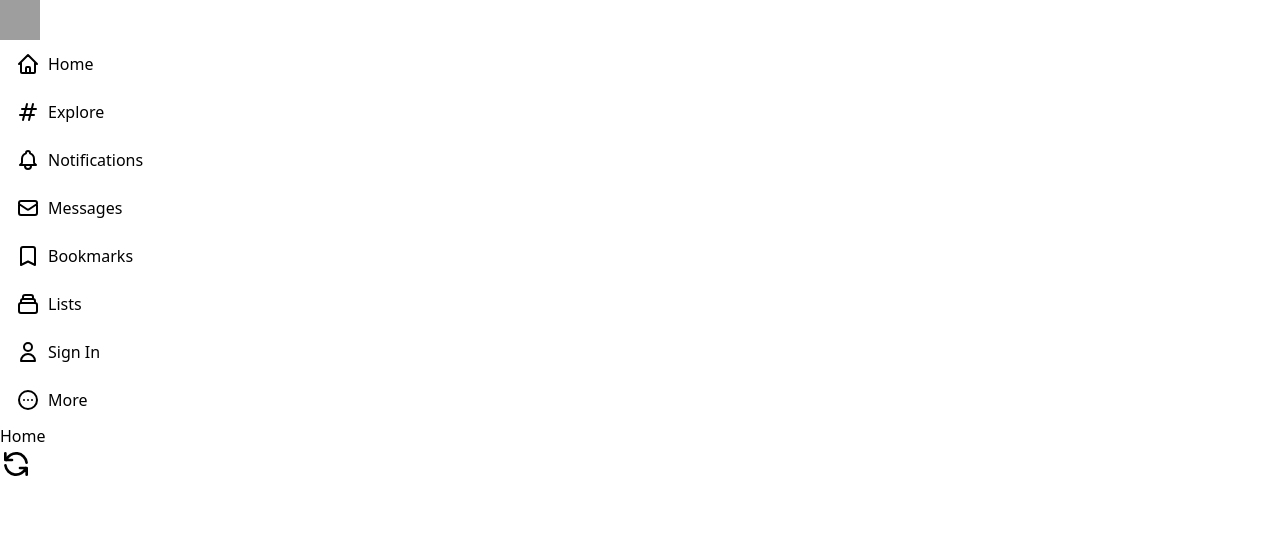
Repository: kushagrasaxena061/Twitter-sanity
Page: /
An editor plug-in stored every save of this project. The page is shown before and after the next save, followed by the edit.
The browser window is 1280 px wide. The pictures show the whole page.
Pictures or frames that could not be fetched are drawn as grey boxes. The project was rebuilt for these pictures with package versions that can differ from the ones it lists, and the page was loaded fresh each time. The framework's server and built-in components were replaced by stand-ins that run in the browser. Also part of the build but not shown: next.config.js.

Above is the page before, as saved 2022-10-18 20:25:33.

After the next save:
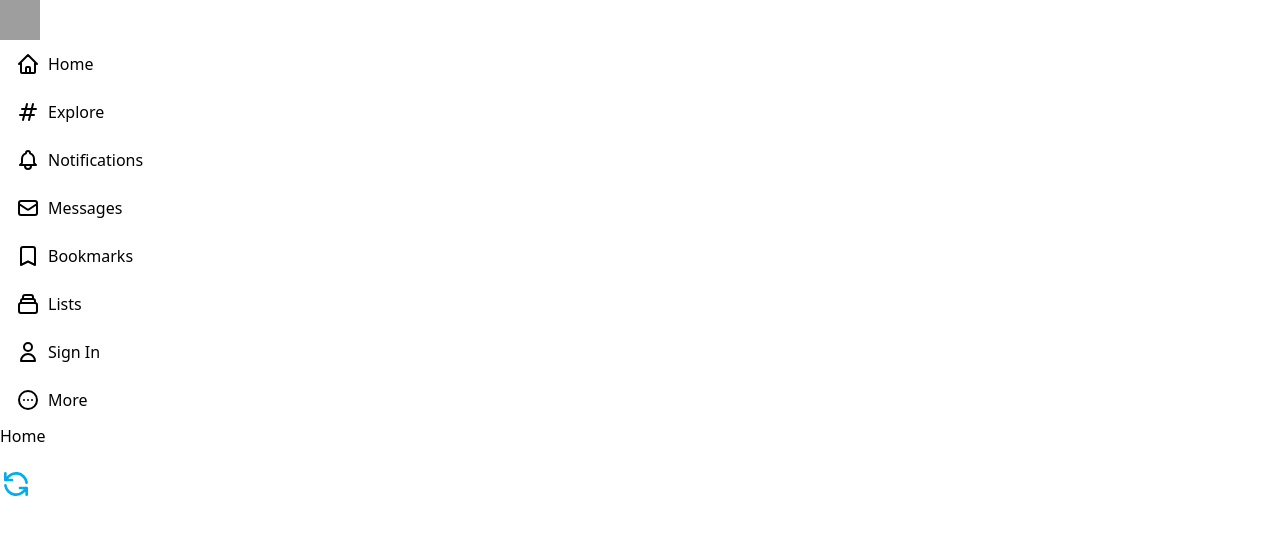
Saved 2 min 14 s later.
--- a/components/Feed.tsx
+++ b/components/Feed.tsx
@@ -5,7 +5,7 @@ export default function Feed() {
   return (
     <div>
         <h1>Home</h1>
-        <RefreshIcon className="h-8 w-8"/>
+        <RefreshIcon className="h-8 w-8 cursor-pointer text-[#00ADED] mr-5 mt-5 transition-all duration-500 ease-out hover:rotate-180 active:scale-125 "/>
     </div>
   )
 }
